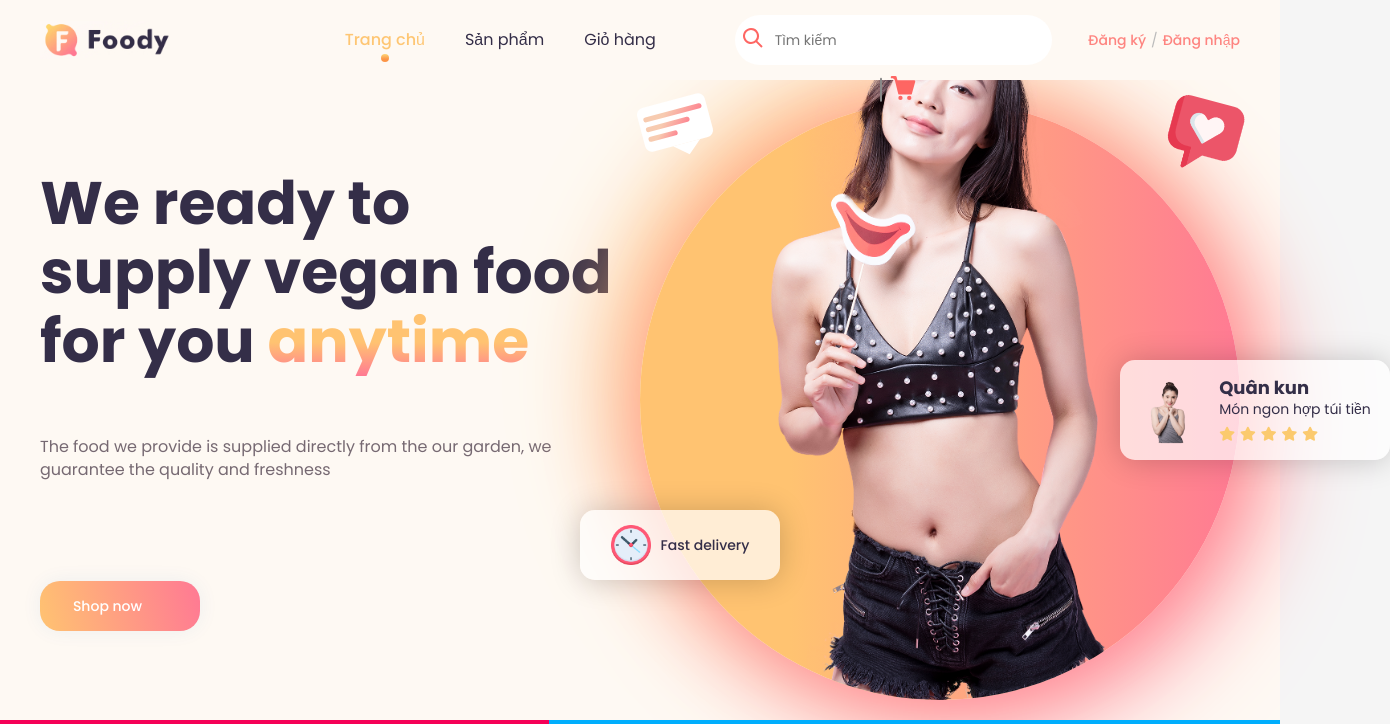
Repository: phamvuhung2710/react-ecommerce
Page: /
These files come from the project's save history. The page is drawn as it stood at one moment and after the next save; the edit follows.
The browser window is 1280 px wide. The page is 1390 px wide, so the pictures cover 1390 px, including what lies to the right of the window. The pictures show the whole page.
The page's requests for data from a server got no answer. Some web libraries are served in a nearby version. The project was rebuilt for these pictures with package versions that can differ from the ones it lists, and the page was loaded fresh each time. No one was signed in, and anything a server would have sent is missing. Also part of the build but not shown: src/guard/AuthenticatedGuard.jsx, src/guard/UnauthenticatedGuard.jsx, src/layouts/CartLayout/CartLayout.jsx, src/layouts/RegisterLayout/RegisterLayout.jsx.

Above is the page before, as saved 2021-09-07 19:02:19.

### public/index.html
<!DOCTYPE html>
<html lang="en">
  <head>
    <meta charset="utf-8" />
    <link rel="icon" href="%PUBLIC_URL%/logo512.png" />
    <meta name="viewport" content="width=device-width, initial-scale=1" />
    <meta name="theme-color" content="#000000" />
    <meta
      name="description"
      content="Web site created using create-react-app"
    />
    <link rel="apple-touch-icon" href="%PUBLIC_URL%/logo512.png" />
    <!--
      manifest.json provides metadata used when your web app is installed on a
      user's mobile device or desktop. See https://developers.google.com/web/fundamentals/web-app-manifest/
    -->
    <link rel="manifest" href="%PUBLIC_URL%/manifest.json" />
    <!--
      Notice the use of %PUBLIC_URL% in the tags above.
      It will be replaced with the URL of the `public` folder during the build.
      Only files inside the `public` folder can be referenced from the HTML.

      Unlike "/favicon.ico" or "favicon.ico", "%PUBLIC_URL%/favicon.ico" will
      work correctly both with client-side routing and a non-root public URL.
      Learn how to configure a non-root public URL by running `npm run build`.
    -->
    <title>Foody</title>
    <link
      rel="stylesheet"
      href="https://pro.fontawesome.com/releases/v5.10.0/css/all.css"
      integrity="sha384-AYmEC3Yw5cVb3ZcuHtOA93w35dYTsvhLPVnYs9eStHfGJvOvKxVfELGroGkvsg+p"
      crossorigin="anonymous"
    />
  </head>
  <body>
    <noscript>You need to enable JavaScript to run this app.</noscript>
    <div id="root"></div>
    <!--
      This HTML file is a template.
      If you open it directly in the browser, you will see an empty page.

      You can add webfonts, meta tags, or analytics to this file.
      The build step will place the bundled scripts into the <body> tag.

      To begin the development, run `npm start` or `yarn start`.
      To create a production bundle, use `npm run build` or `yarn build`.
    -->
  </body>
</html>

### src/App.js
import React from 'react'
import 'normalize.css'
import 'src/assets/styles/global.scss'
import 'react-toastify/dist/ReactToastify.css'
import Routes from './Routes'
import { ToastContainer } from 'react-toastify'
import Authorization from './components/Authorization/Authorization'
import Fallback from './components/Fallback/Fallback'

function App() {
  return (
    <div className="App">
      <Routes />
      <Fallback />
      <ToastContainer />
      <Authorization />
    </div>
  )
}

export default App

### src/assets/styles/global.scss
@font-face {
  font-family: 'Inter';
  src: url('../font/Inter-VariableFont_slnt\,wght.ttf')
      format('woff2 supports variations'),
    url('../font/Inter-VariableFont_slnt\,wght.ttf') format('woff2-variations');
  font-weight: 100 900;
}
@import url('https://fonts.googleapis.com/css2?family=Poppins:wght@100;200;300;400;500;600;700;800;900&display=swap');

$font: 'Poppins';

html {
  font-size: 62.5%;
}

body {
  font-size: 1.4rem;
  font-weight: 400;
  font-family: $font, sans-serif;
  background-color: #f5f5f5;
  color: rgba(0, 0, 0, 0.8);
}

* {
  margin: 0;
  padding: 0;
  box-sizing: border-box;
}

.container {
  width: 1200px;
  margin-left: auto;
  margin-right: auto;
}

.link {
  color: #ee4d2d;
  font-size: 1.4rem;
  cursor: pointer;
}

ul {
  list-style: none;
}

:focus-visible {
  outline: none;
}

button {
  cursor: pointer;
  &:disabled {
    cursor: default;
  }
}

a {
  text-decoration: none;
}

svg {
  width: 1em;
  height: 1em;
  fill: currentColor;
}

.menu--active {
  cursor: pointer;
  color: #fec673 !important;
  font-weight: 500 !important;
  &::before {
    content: '';
    position: absolute;
    top: 100%;
    left: 50%;
    width: 8px;
    height: 8px;
    border-radius: 50%;
    background: linear-gradient(
      to top,
      rgba(252, 149, 70, 1) 35%,
      rgba(254, 214, 119, 1) 100%
    );
    transform: translateX(-50%);
  }
}

.category--active {
  cursor: pointer;
  color: #fec673 !important;
  font-weight: 500 !important;
  &::before {
    content: '';
    position: absolute;
    top: 100%;
    left: 0%;
    width: 8px;
    height: 8px;
    border-radius: 50%;
    background: linear-gradient(
      to top,
      rgba(252, 149, 70, 1) 35%,
      rgba(254, 214, 119, 1) 100%
    );
    transform: translateX(-50%);
  }
}

// css for react-toasify
.Toastify__toast--error {
  border: 1px solid rgb(248, 96, 134);
  background: #fdf1f0 !important;
  border-radius: 5px !important;
  color: rgb(248, 96, 134) !important;
  font-family: $font, sans-serif;
  font-size: 14px;
  padding-left: 20px;
  line-height: 20px;
  padding: 0px;
  padding-top: 25px;
  width: 100%;
  font-weight: 500;
  text-align: center;
}
.Toastify__toast--error::after {
  position: absolute;
  color: #333333;
  font-size: 15px;
  font-weight: 700;
  left:265px;
  padding-top: 14px !important;
  width: fit-content;
  height: auto;
}
.Toastify__toast--error::before {
  content : url('../../assets/svg/error.svg');
  position:relative;
  z-index:100000;
  left:12px;
  width: 24px;
  height: 24px;
  margin-right: 5px;
}
.Toastify__toast--success {
  border: 1px solid rgb(44, 204, 255) !important;
  border-radius: 5px !important;
  background: #ebf5ff !important;
  color: rgb(44, 204, 255) !important;
  font-family: $font, sans-serif;
  display: flex;
  align-items: center;
}
.Toastify__toast--success::before {
  content : url('../../assets/svg/success.svg');
  position:relative;
  z-index:100000;
  left:12px;
  width: 24px;
  height: 24px;
  margin-right: 5px;
}
.Toastify__toast--success::after {
  position: absolute;
  color: #2657bb !important;
  background: #00aefd !important;
  font-size: 15px;
  font-weight: 700;
  left:265px;
  padding-top: 14px !important;
  width: fit-content;
  height: auto;
}
.Toastify__toast--warning {
  border: 1px solid rgb(255, 205, 43) !important;
  background: #fffdeb !important;
  border-radius: 5px !important;
  color: rgb(255, 205, 43) !important;
  font-family: $font, sans-serif;
  font-size: 14px;
  padding-left: 20px;
  line-height: 20px;
  width: 100%;
  font-weight: 500;
  text-align: center;
}
.Toastify__toast--warning::before {
  position:relative;
  z-index:100000;
  left:12px;
  top:6px;
}
.Toastify__toast--warning::after {
  position: absolute;
  color: #E78326;
  font-size: 15px;
  font-weight: 700;
  left:265px;
  padding-top: 14px !important;
  width: fit-content;
  height: auto;
}
.Toastify__toast-body {
  // border-radius: 5px !important;
  // background: #ebf5ff !important;
  // color: #2657bb !important;
  font-family: "Poppins", sans-serif;
  font-size: 14px;
  padding-left: 20px;
  line-height: 20px;
  padding-left: 15px;
  width: 100%;
  font-weight: 500;
  text-align: center;
  display: flex;
  align-items: center;
}
.Toastify__toast > button>  svg {
  display: none;
}

.Toastify__progress-bar--error {
  background-color: rgba(248, 96, 134,0.7) !important;
}

.Toastify__progress-bar--success {
  background-color: rgba(44, 204, 255, 0.7) !important;
}

### src/Routes.jsx
import React, { lazy, Suspense } from 'react'
import { Route, Switch } from 'react-router-dom'
import Fallback from './components/Fallback/Fallback'
import { path } from './constants/path'
import AuthenticatedGuard from './guard/AuthenticatedGuard'
import UnauthenticatedGuard from './guard/UnauthenticatedGuard'
import CartLayout from './layouts/CartLayout/CartLayout'
import MainLayout from './layouts/MainLayout/MainLayout'
import RegisterLayout from './layouts/RegisterLayout/RegisterLayout'

const Home = lazy(() => import('./pages/Home/Home'))
const Product = lazy(() => import('./pages/Product/Product'))
const ProductDetail = lazy(() => import('./pages/ProductDetail/ProductDetail'))
const User = lazy(() => import('./pages/User/User'))
const NotFound = lazy(() => import('./pages/NotFound/NotFound'))
const Cart = lazy(() => import('./pages/Cart/Cart'))
const Login = lazy(() => import('./pages/Auth/Login/Login'))
const Register = lazy(() => import('./pages/Auth/Register/Register'))

export default function Routes() {
  return (
    <Switch>
      <Route path={path.home} exact>
        <MainLayout>
          <Suspense fallback={<Fallback />}>
            <Home />
          </Suspense>
        </MainLayout>
      </Route>

      <Route path={path.product} exact>
        <MainLayout>
          <Suspense fallback={<Fallback />}>
            <Product />
          </Suspense>
        </MainLayout>
      </Route>

      <Route path={path.productDetail} exact>
        <MainLayout>
          <Suspense fallback={<Fallback />}>
            <ProductDetail />
          </Suspense>
        </MainLayout>
      </Route>

      <Route path={path.login}>
        <UnauthenticatedGuard>
          <RegisterLayout title="Đăng nhập">
            <Suspense fallback={<Fallback />}>
              <Login />
            </Suspense>
          </RegisterLayout>
        </UnauthenticatedGuard>
      </Route>

      <Route path={path.register}>
        <UnauthenticatedGuard>
          <RegisterLayout title="Đăng ký">
            <Suspense fallback={<Fallback />}>
              <Register />
            </Suspense>
          </RegisterLayout>
        </UnauthenticatedGuard>
      </Route>

      <Route path={path.user}>
        <AuthenticatedGuard>
          <MainLayout>
            <Suspense fallback={<Fallback />}>
              <User />
            </Suspense>
          </MainLayout>
        </AuthenticatedGuard>
      </Route>

      <Route path={path.cart}>
        <AuthenticatedGuard>
          <CartLayout>
            <Suspense fallback={<Fallback />}>
              <Cart />
            </Suspense>
          </CartLayout>
        </AuthenticatedGuard>
      </Route>

      <Route path={path.notFound}>
        <Suspense fallback={<Fallback />}>
          <NotFound />
        </Suspense>
      </Route>
    </Switch>
  )
}

### src/components/Authorization/Authorization.jsx
import { useEffect } from 'react'
import { useDispatch, useSelector } from 'react-redux'
import { unauthorize } from 'src/pages/Auth/auth.slice'
import { path } from 'src/constants/path'
import { useHistory } from 'react-router-dom'
import { useAuthenticated } from 'src/hooks/useAuthenticated'
import { getCartPurchases } from 'src/pages/Cart/cart.slice'

function Authorization(props) {
  const status = useSelector(state => state.app.status)
  const dispatch = useDispatch()
  const history = useHistory()
  const authenticated = useAuthenticated()

  useEffect(() => {
    if (status === 401) {
      dispatch(unauthorize)
      history.push(path.login)
    }
  }, [status, dispatch, history])

  useEffect(() => {
    if (authenticated) {
      dispatch(getCartPurchases())
    }
  }, [dispatch, authenticated])

  return null
}

export default Authorization

### src/components/Fallback/Fallback.jsx
import React from 'react'
import { LinearProgress } from '@material-ui/core'
import styled from 'styled-components'
import { useSelector } from 'react-redux'

const StyledLoading = styled(LinearProgress)`
  /* position: fixed !important;
  top: 0;
  left: 0;
  right: 0; */
  background-color: #00aefd !important;
`

function Fallback(props) {
  const loading = useSelector(state => state.app.loading)

  if (loading > 0) {
    return <StyledLoading color="secondary" />
  }

  // return null
  return <StyledLoading color="secondary" />
}
export default Fallback

### src/constants/path.js
const USER = '/user'

export const path = {
  home: '/',
  cart: '/cart',
  product: '/product',
  productDetail: '/product/:productId',
  login: '/login',
  register: '/register',
  user: USER,
  profile: `${USER}/profile`,
  password: `${USER}/password`,
  purchase: `${USER}/purchase`,
  notFound: '*'
}

### src/layouts/MainLayout/MainLayout.jsx
import React from 'react'
import Header from 'src/components/Header/Header'
import PropTypes from 'prop-types'

MainLayout.propTypes = {
  children: PropTypes.oneOfType([
    PropTypes.element,
    PropTypes.arrayOf(PropTypes.element)
  ])
}

function MainLayout({ children }) {
  return (
    <div>
      <Header />
      {children}
      {/* <Footer /> */}
    </div>
  )
}

export default MainLayout

### src/pages/Home/Home.jsx
import React from 'react'
import { path } from 'src/constants/path'
import * as S from './home.style'

export default function Home() {
  return (
    <S.Background>
      <S.Container className="container">
        <S.MainLeft>
          <S.Title>
            We ready to supply vegan food for you{' '}
            <S.TitleHighLight>anytime</S.TitleHighLight>
          </S.Title>
          <S.Description>
            The food we provide is supplied directly from the our garden, we
            guarantee the quality and freshness
          </S.Description>
          <S.ShopNow to={path.product}>
            <S.NameButton>Shop now</S.NameButton>
            <S.IconButton className="fas fa-chevron-circle-right"></S.IconButton>
          </S.ShopNow>
        </S.MainLeft>
        <S.MainRight>
          <S.CircleMain>
            <S.FoodGirl src="/img/girl-foody.png" />
            <S.FlashHeart src="/img/heart.png" />
            <S.FlashComment>
              <S.FlashCommentAvatar>
                <S.FlashCommentImage src="/img/avatar.png" />
              </S.FlashCommentAvatar>
              <S.FlashCommentDetail>
                <S.FlashCommentTitle>Quân kun</S.FlashCommentTitle>
                <S.FlashCommentContent>
                  Món ngon hợp túi tiền
                </S.FlashCommentContent>
                <S.FlashCommentStar>
                  <S.FlashCommentStarIcon className="fas fa-star" />
                  <S.FlashCommentStarIcon className="fas fa-star" />
                  <S.FlashCommentStarIcon className="fas fa-star" />
                  <S.FlashCommentStarIcon className="fas fa-star" />
                  <S.FlashCommentStarIcon className="fas fa-star" />
                </S.FlashCommentStar>
              </S.FlashCommentDetail>
            </S.FlashComment>
            <S.FlashMessage>
              <S.FlashMessageLine />
              <S.FlashMessageLine />
              <S.FlashMessageLine />
            </S.FlashMessage>
            <S.FlashDelivery>
              <S.FlashDeliveryIcon src="/img/clock.png" />
              <S.FlashDeliveryText>Fast delivery</S.FlashDeliveryText>
            </S.FlashDelivery>
          </S.CircleMain>
        </S.MainRight>
      </S.Container>
    </S.Background>
  )
}

### src/hooks/useAuthenticated.js
import { useSelector } from 'react-redux'

export function useAuthenticated() {
  return useSelector(state => Boolean(state.auth.profile._id))
}

### src/api/user.api.js
import axiosClient from './axiosClient'

const userApi = {
  updateMe(data) {
    const url = '/user'
    return axiosClient.put(url, data)
  }
}

export default userApi

### src/components/Header/Header.jsx
import React, { useEffect, useState } from 'react'
import * as S from './header.style'
import usePopover from 'src/hooks/usePopover'
import Popover from '../Popover/Popover'
import { path } from 'src/constants/path'
import { logout } from 'src/pages/Auth/auth.slice'
import { useDispatch, useSelector } from 'react-redux'
import { useAuthenticated } from 'src/hooks/useAuthenticated'
import { useHistory } from 'react-router-dom'
import useQuery from 'src/hooks/useQuery'
import { formatMoney } from 'src/utils/helper'
import { useRouteMatch } from 'react-router-dom'
import { unwrapResult } from '@reduxjs/toolkit'

Header.propTypes = {}

function Header() {
  const match = useRouteMatch()
  const authenticated = useAuthenticated()
  const profile = useSelector(state => state.auth.profile)
  const { activePopover, showPopover, hidePopover } = usePopover()
  const [isUserPopover, setIsUserPopover] = useState(false)
  const dispatch = useDispatch()
  const [searchValue, setSearchValue] = useState('')
  const history = useHistory()
  const query = useQuery()
  const purchases = useSelector(state => state.cart.purchases)

  useEffect(() => {
    const { name = '' } = query
    setSearchValue(name)
  }, [query])

  const onChangeSearch = event => {
    setSearchValue(event.target.value)
  }

  const handleLogout = () => {
    dispatch(logout())
  }

  const handleShowPopoverCart = () => {
    setIsUserPopover(false)
    showPopover()
  }

  const handleShowPopoverUser = () => {
    setIsUserPopover(true)
    showPopover()
  }

  const search = event => {
    event.preventDefault()
    history.push(path.product + `?name=${searchValue}`)
  }

  return (
    <S.StyledHeader>
      <div className="container">
        {/* <Navbar /> */}
        <S.HeaderWrap>
          <S.Logo to="/">
            <S.ImageLogo src="/img/logo-foody.png" />
          </S.Logo>
          <S.Menu>
            <S.MenuItem
              activeClassName={match.url === path.home ? 'menu--active' : ''}
              to={path.home}
            >
              Trang chủ
            </S.MenuItem>
            <S.MenuItem
              activeClassName={match.url === path.product ? 'menu--active' : ''}
              to={path.product}
            >
              Sản phẩm
            </S.MenuItem>
            <S.MenuItem
              activeClassName={match.url === path.cart ? 'menu--active' : ''}
              to={path.cart}
            >
              Giỏ hàng
            </S.MenuItem>
            {/* <S.MenuItem to={path.user}>Tài khoản</S.MenuItem> */}
          </S.Menu>
          <S.StyledForm onSubmit={search}>
            <S.IConSearch>
              <svg
                width={24}
                height={24}
                viewBox="0 0 24 24"
                xmlns="http://www.w3.org/2000/svg"
                version="1.1"
                xmlnsXlink="http://www.w3.org/1999/xlink"
                className="d7e-0f24ac d7e-72271e"
              >
                <path
                  d="M10 2a8 8 0 016.32 12.905l5.387 5.388-1.414 1.414-5.388-5.386A8 8 0 1110 2zm0 2a6 6 0 100 12 6 6 0 000-12z"
                  fill="#fe6663"
                  fillRule="nonzero"
                />
              </svg>
            </S.IConSearch>
            <S.StyledInput
              placeholder="Tìm kiếm"
              onChange={onChangeSearch}
              value={searchValue}
            />
            <S.Cart
              onMouseEnter={handleShowPopoverCart}
              onMouseLeave={hidePopover}
            >
              <S.CartContainer>
                <S.CartIcon to="/cart">
                  <svg
                    viewBox="0 0 26.6 25.6"
                    className="shopee-svg-icon navbar__link-icon icon-shopping-cart-2"
                  >
                    <polyline
                      fill="#fe6663"
                      points="2 1.7 5.5 1.7 9.6 18.3 21.2 18.3 24.6 6.1 7 6.1"
                      strokeLinecap="round"
                      strokeLinejoin="round"
                      strokeMiterlimit={10}
                      strokeWidth="2.5"
                    />
                    <circle cx="10.7" cy={23} r="2.2" stroke="none" />
                    <circle cx="19.7" cy={23} r="2.2" stroke="none" />
                  </svg>
                  {/* <img src="/img/shopping-cart.png" alt="#" /> */}
                </S.CartIcon>
                <Popover active={!isUserPopover && activePopover}>
                  <S.PopoverContent>
                    <S.PopoverTitle>Sản phẩm mới thêm</S.PopoverTitle>
                    {purchases &&
                      purchases.length > 0 &&
                      purchases.slice(0, 5).map(purchase => (
                        <S.MiniProductCart key={purchase._id}>
                          <S.MiniProductCartImg src={purchase.product.image} />
                          <S.MiniProductCartTitle>
                            {purchase.product.name}
                          </S.MiniProductCartTitle>
                          <S.MiniProductCartPrice>
                            đ{formatMoney(purchase.product.price)}
                          </S.MiniProductCartPrice>
                        </S.MiniProductCart>
                      ))}

                    <S.PopoverFooter>
                      <S.MoreProduct>
                        {purchases && purchases.length > 5 && (
                          <span>{purchases.length - 5} sản phẩm vào giỏ</span>
                        )}
                      </S.MoreProduct>
                      <S.ButtonShowCart to={path.cart}>
                        Xem giỏ hàng
                      </S.ButtonShowCart>
                    </S.PopoverFooter>
                  </S.PopoverContent>
                </Popover>
              </S.CartContainer>
            </S.Cart>
            {purchases && purchases.length > 0 && (
              <S.CartNumberBadge>{purchases.length}</S.CartNumberBadge>
            )}
          </S.StyledForm>
          <S.UserAccount>
            {authenticated && (
              <span>
                <S.User
                  onMouseEnter={handleShowPopoverUser}
                  onMouseLeave={hidePopover}
                >
                  <S.UserImage src="/img/anh-4.jpg" />
                  <S.Username>{profile.name || profile.email}</S.Username>
                  <Popover active={isUserPopover && activePopover}>
                    <S.UserLink to={path.user}>Tài khoản của tôi</S.UserLink>
                    <S.UserLink to={path.purchase}>Đơn mua</S.UserLink>
                    <S.UserButton onClick={handleLogout}>
                      Đăng xuất
                    </S.UserButton>
                  </Popover>
                </S.User>
              </span>
            )}
            {!authenticated && (
              <S.RegisterOrLogin>
                <span>
                  <S.NavLink to={path.register}>Đăng ký</S.NavLink>
                </span>
                <S.Separate> / </S.Separate>
                <span>
                  <S.NavLink to={path.login}>Đăng nhập</S.NavLink>
                </span>
              </S.RegisterOrLogin>
            )}
          </S.UserAccount>
        </S.HeaderWrap>
      </div>
    </S.StyledHeader>
  )
}

export default Header

### src/hooks/useQuery.js
import { useMemo } from 'react'
import { useLocation } from 'react-router-dom'
import qs from 'query-string'

export default function useQuery() {
  const location = useLocation()
  const queryString = useMemo(
    () => qs.parse(location.search),
    [location.search]
  )

  return queryString
}

### src/constants/status.js
export const purchaseStatus = {
  inCart: -1,
  all: 0,
  waitForConfirmation: 1,
  waitForGetting: 2,
  inProgress: 3,
  delivered: 4,
  cancelled: 5
}

### src/hooks/usePopover.js
import { useState } from 'react'

export default function usePopover() {
  const [activePopover, setActivePopover] = useState(false)
  const showPopover = () => setActivePopover(true)
  const hidePopover = () => setActivePopover(false)
  return {
    activePopover,
    showPopover,
    hidePopover
  }
}

### src/components/Popover/Popover.jsx
 import React from 'react'
import PropTypes from 'prop-types'
import * as S from './popover.style'

Popover.propTypes = {
  active: PropTypes.bool,
  children: PropTypes.oneOfType([
    PropTypes.element,
    PropTypes.arrayOf(PropTypes.element)
  ])
}

function Popover({ active, children }) {
  return (
    <>
      {active && (
        <S.Drawer>
          {/* <S.PopoverArrow /> */}
          <S.PopoverContent>{children}</S.PopoverContent>
        </S.Drawer>
      )}
    </>
  )
}

export default Popover

Loaded but not shown: src/index.css (common file); src/reportWebVitals.js (common file); src/components/Header/header.style.js (345 lines, source omitted); src/pages/Home/home.style.js (248 lines, source omitted); src/assets/styles/utils.js (86 lines, source omitted); src/pages/Auth/auth.slice.js (61 lines, source omitted); src/utils/helper.js (37 lines, source omitted); src/api/axiosClient.js (46 lines, source omitted); src/pages/Cart/cart.slice.js (42 lines, source omitted); src/components/Popover/popover.style.js (51 lines, source omitted); src/api/purchase.api.js (37 lines, source omitted); src/index.js (24 lines, source omitted); src/app.slice.js (30 lines, source omitted); src/store.js (18 lines, source omitted); src/api/auth.api.js (18 lines, source omitted)

After the next save:
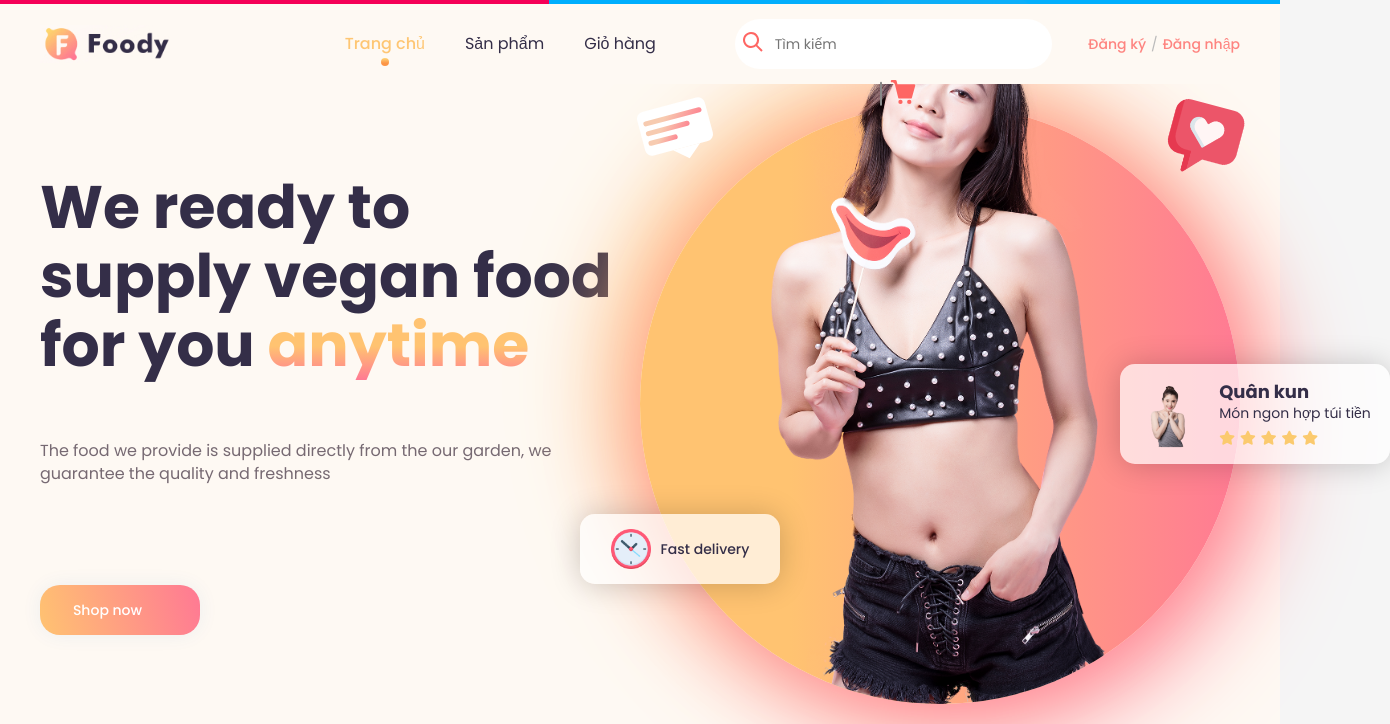
Saved 20 s later.
--- a/src/App.js
+++ b/src/App.js
@@ -10,8 +10,8 @@ import Fallback from './components/Fallback/Fallback'
 function App() {
   return (
     <div className="App">
+      <Fallback />
       <Routes />
-      <Fallback />
       <ToastContainer />
       <Authorization />
     </div>
